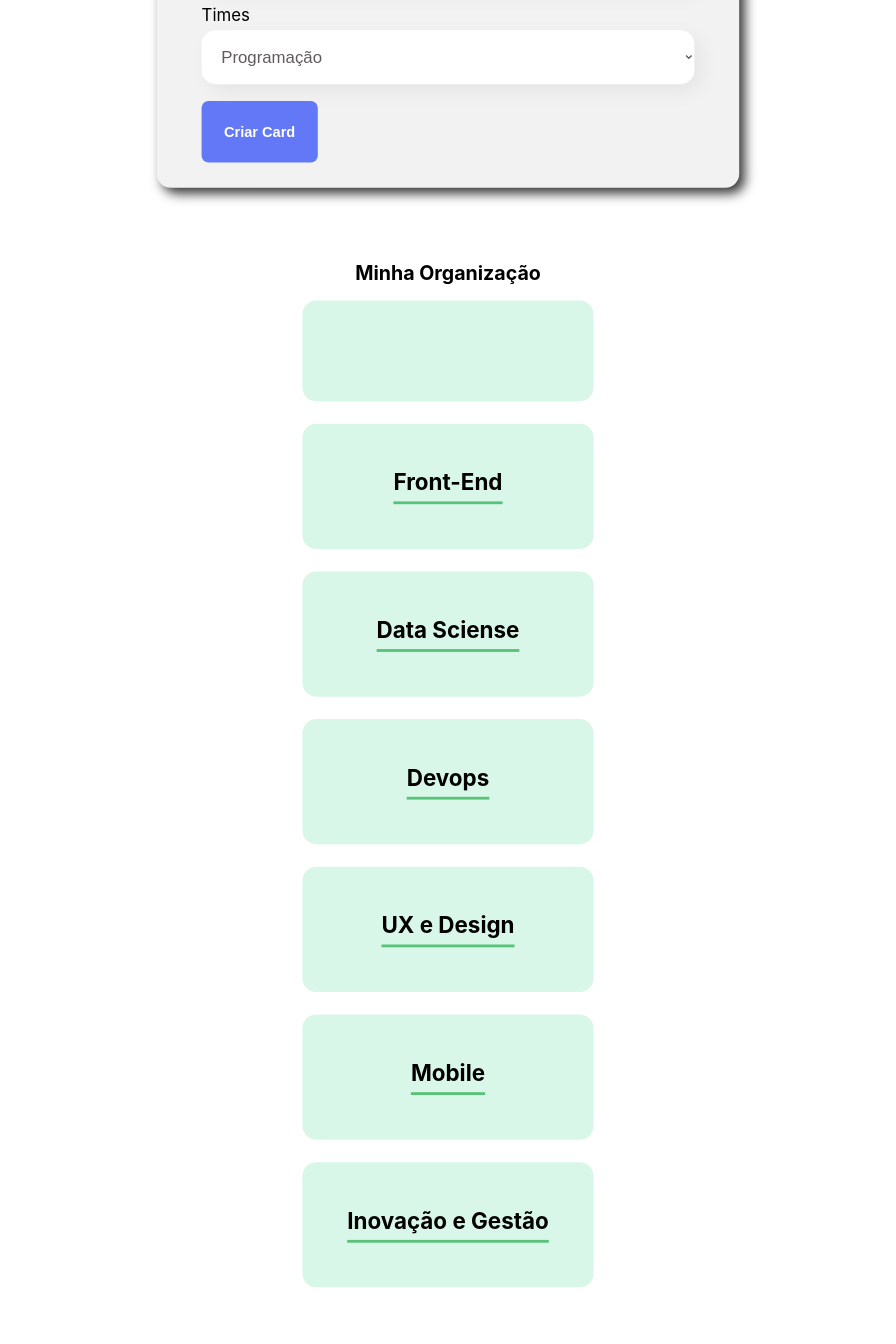
Repository: guilhermecardoso93/organo
Page: /
The author's editor kept a copy of each file at every save. The page is drawn from the files as they stood at one save, then again after the next save.
The browser window is 1280 px wide. The pictures show the part of the page from y = 1135 to 3055 px (the page is 3055 px tall before and 2879 px after), at 70% of full size.
The project was rebuilt for these pictures with package versions that can differ from the ones it lists, and the page was loaded fresh each time.

Above is the page before, as saved 2024-05-26 19:37:36.

After the next save:
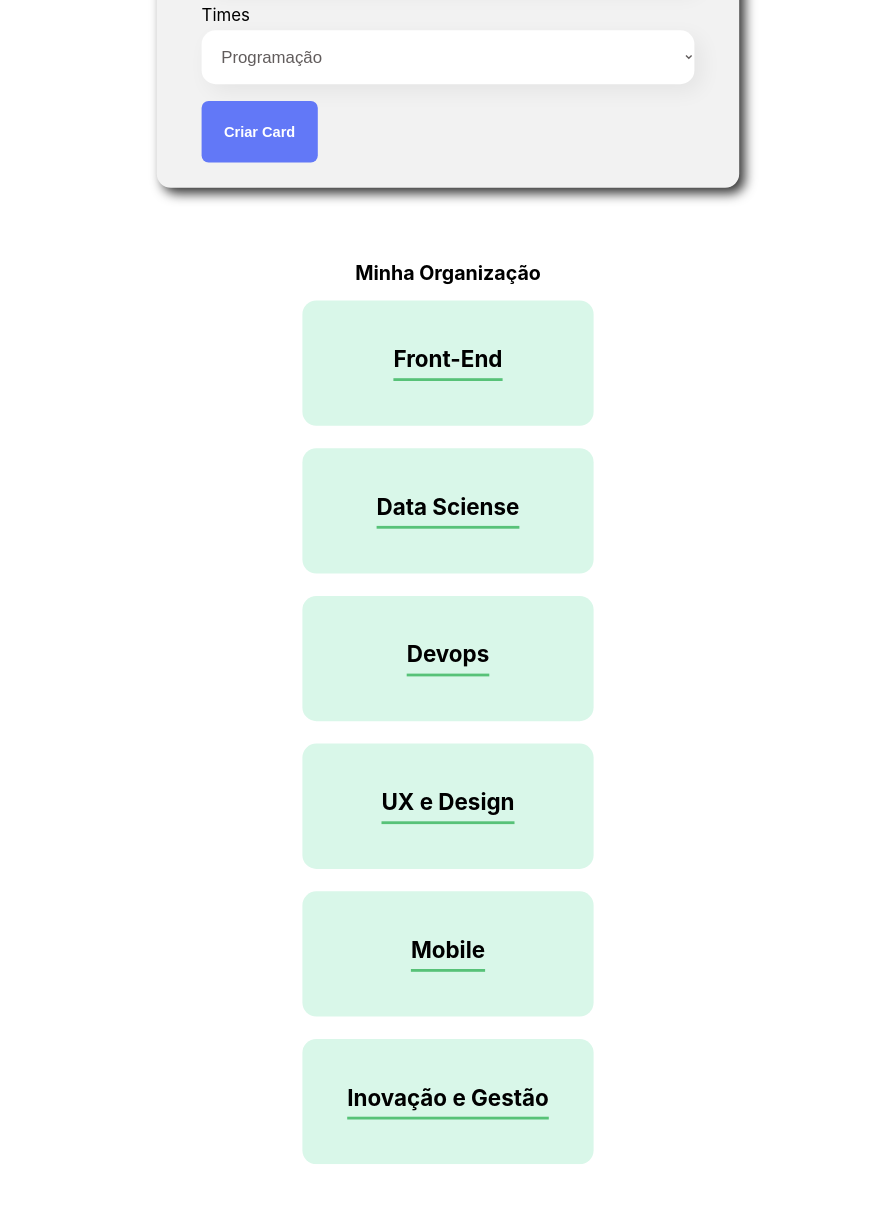
Saved 32 s later.
--- a/src/components/Times/index.js
+++ b/src/components/Times/index.js
@@ -5,11 +5,7 @@
 import "./styles.css";
 export function Times(props) {
   const times = [
-    {
-      nome: "Programação",
-      corPrimaria: "#57C278",
-      corSecundaria: "#D9F7E9",
-    },
+
     {
       name: "Front-End",
       corPrimaria: "#82CFFA",
@@ -47,9 +43,9 @@
         <h2>Minha Organização</h2>
       </div>
       <div className="times-container-list">
-        {times.map((time, index) => (
-          <Time name={time.name} key={index} />
-        ))}
+      {times.map((time, index) => (
+        <Time name={time.name} key={index}/>
+      ))}
       </div>
     </div>
   );

After the 2 saves that followed:
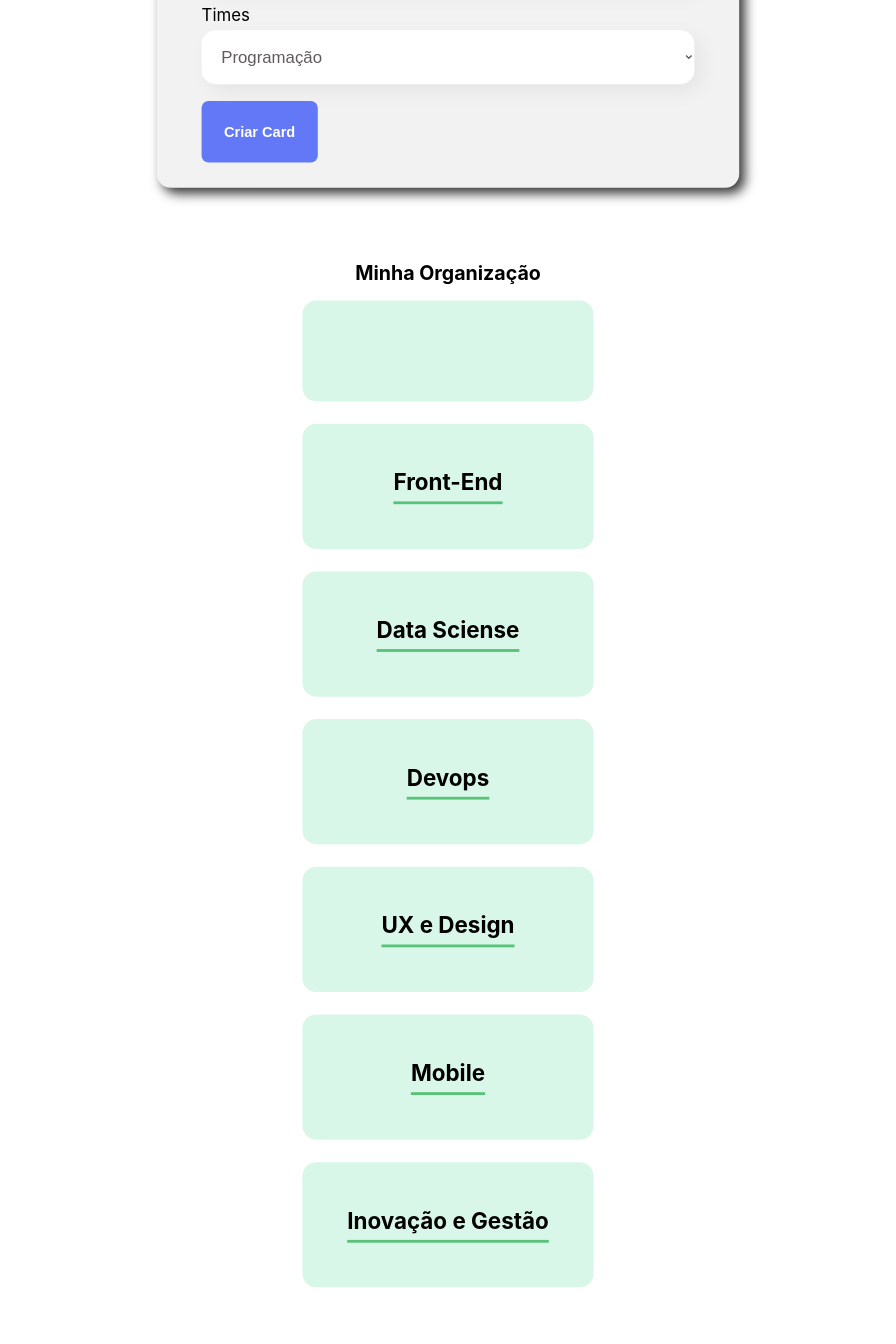
The 2 saves are shown as one change because they came seconds apart.
The last was saved 22 s later.
--- a/src/components/Times/index.js
+++ b/src/components/Times/index.js
@@ -5,7 +5,11 @@
 import "./styles.css";
 export function Times(props) {
   const times = [
-
+    {
+      nome: "Programação",
+      corPrimaria: "#57C278",
+      corSecundaria: "#D9F7E9",
+    },
     {
       name: "Front-End",
       corPrimaria: "#82CFFA",
@@ -43,9 +47,9 @@
         <h2>Minha Organização</h2>
       </div>
       <div className="times-container-list">
-      {times.map((time, index) => (
-        <Time name={time.name} key={index}/>
-      ))}
+        {times.map((time, index) => (
+          <Time name={time.name} key={index} />
+        ))}
       </div>
     </div>
   );
